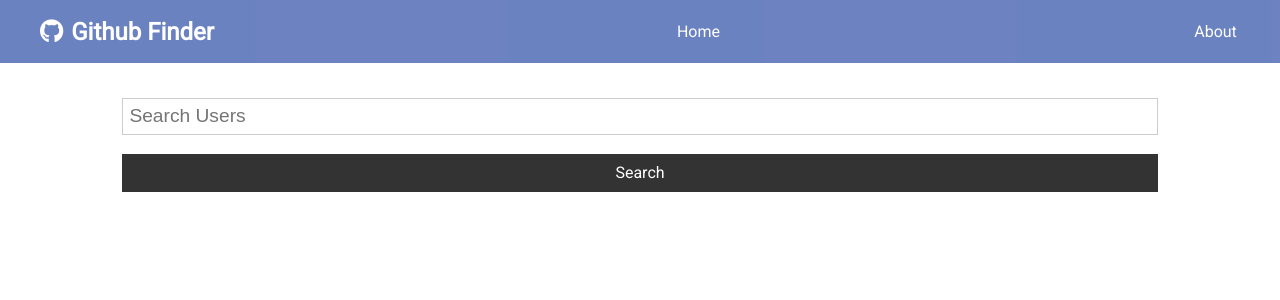
Repository: nuvallo/Github-Finder-Application
Page: / (app in app/)
These files come from the project's save history. The page is drawn as it stood at one moment and after a run of saves; the edit follows.
The browser window is 1280 px wide. The pictures show the whole page.
Some web libraries are served in a nearby version. The project was rebuilt for these pictures with package versions that can differ from the ones it lists, and the page was loaded fresh each time. Also part of the build but not shown: app/src/components/users/UserItem.js, app/src/components/layout/Spinner.js, app/src/components/layout/Alert.js, app/src/components/pages/About.js.

Above is the page before, as saved 2020-03-20 22:35:39.

### app/public/index.html
<!DOCTYPE html>
<html lang="en">
  <head>
    <meta charset="utf-8" />
    <link rel="icon" href="%PUBLIC_URL%/favicon.ico" />
    <meta name="viewport" content="width=device-width, initial-scale=1" />
    <meta name="theme-color" content="#000000" />
    <meta
      name="description"
      content="Web site created using create-react-app"
    />
    <link rel="apple-touch-icon" href="%PUBLIC_URL%/logo192.png" />

    <link rel="manifest" href="%PUBLIC_URL%/manifest.json" />
    <title>Github Finder</title>
  </head>
  <body>
    <script
      src="https://kit.fontawesome.com/4a895a1c52.js"
      crossorigin="anonymous"
    ></script>
    <noscript>You need to enable JavaScript to run this app.</noscript>
    <div id="root"></div>
  </body>
</html>

### app/src/App.js
import React, { Component, Fragment } from "react";
import { BrowserRouter as Router, Switch, Route } from "react-router-dom";
import Navbar from "./components/layout/Navbar";
import Users from "./components/users/Users";
import Search from "./components/users/Search";
import Alert from "./components/layout/Alert";
import About from "./components/pages/About";
import axios from "axios";
import "./App.css";

class App extends Component {
  state = {
    users: [],
    loading: false,
    alert: null
  };

  // Search Users
  searchUsers = async text => {
    this.setState({ loading: true });
    const res = await axios.get(
      `https://api.github.com/search/users?q=${text}&client_id=${process.env.REACT_APP_GITHUB_CLIENT_ID}&client_secret=${process.env.REACT_APP_GITHUB_SECRET}`
    );
    console.log(res.data.items);
    this.setState({ users: res.data.items, loading: false });
  };

  // Clear users from state
  clearUsers = () => this.setState({ users: [], loading: false });

  // Alert
  setAlert = (message, type) => {
    this.setState({ alert: { message, type } });
    setTimeout(() => {
      this.setState({ alert: null });
    }, [5000]);
  };

  render() {
    const { users, loading } = this.state;
    return (
      <Router>
        <div className="App">
          <Navbar />
          <div className="container">
            <Alert alert={this.state.alert} />
            <Switch>
              <Route
                exact
                path="/"
                render={props => (
                  <Fragment>
                    <Search
                      searchUsers={this.searchUsers}
                      clearUsers={this.clearUsers}
                      showClear={users.length > 0 ? true : false}
                      setAlert={this.setAlert}
                    />
                    <Users loading={loading} users={users} />
                  </Fragment>
                )}
              />
              <Route exact path="/about" component={About} />
            </Switch>
          </div>
        </div>
      </Router>
    );
  }
}

export default App;

### app/src/components/layout/Navbar.js
import React from "react";
import PropTypes from "prop-types";
import { Link } from "react-router-dom";

const Navbar = ({ icon, title }) => {
  return (
    <nav className="navbar bg-primary">
      <h1>
        <i className={icon} />
        {title}
      </h1>
      <Link to="/">Home</Link>
      <Link to="/about">About</Link>
    </nav>
  );
};

// Default props if none are passed
Navbar.defaultProps = {
  title: "Github Finder",
  icon: "fab fa-github p"
};

Navbar.propTypes = {
  title: PropTypes.string.isRequired,
  icon: PropTypes.string.isRequired
};

export default Navbar;

### app/src/components/users/Users.js
import React from "react";
import UserItem from "../users/UserItem";
import Spinner from "../layout/Spinner";
import PropTypes from "prop-types";

const Users = ({ users, loading }) => {
  if (loading) {
    return <Spinner />;
  } else {
    return (
      <div style={userStyle}>
        {users.map(user => {
          return <UserItem key={user.id} user={user} />;
        })}
      </div>
    );
  }
};

Users.propTypes = {
  users: PropTypes.array.isRequired,
  loading: PropTypes.bool.isRequired
};

const userStyle = {
  display: "grid",
  gridTemplateColumns: "repeat(3, 1fr)",
  gridGap: "1rem"
};

export default Users;

### app/src/components/users/Search.js
import React, { Component } from "react";
import PropTypes from "prop-types";

class Search extends Component {
  state = {
    text: ""
  };

  static propTypes = {
    searchUsers: PropTypes.func.isRequired,
    clearUsers: PropTypes.func.isRequired,
    showClear: PropTypes.bool.isRequired,
    setAlert: PropTypes.func.isRequired
  };

  onChange = e => this.setState({ text: e.target.value });
  onSubmit = e => {
    e.preventDefault();
    if (this.state.text === "") {
      this.props.setAlert("Please enter a username");
    } else {
      this.setState({ text: "" });
      this.props.searchUsers(this.state.text);
    }
  };

  render() {
    const { showClear, clearUsers } = this.props;
    return (
      <div>
        <form className="form">
          <input
            type="text"
            name="text"
            placeholder="Search Users"
            value={this.state.text}
            onChange={this.onChange}
          />
          <button
            type="submit"
            value="Search"
            className="btn btn-dark btn-block"
            onClick={this.onSubmit}
          >
            Search
          </button>
        </form>
        {showClear && (
          <button
            type="submit"
            value="Search"
            className="btn btn-light btn-block"
            onClick={clearUsers}
          >
            Clear
          </button>
        )}
      </div>
    );
  }
}

export default Search;

Loaded but not shown: app/src/index.js (common file); app/src/App.css (common file)

After the next 2 saves:
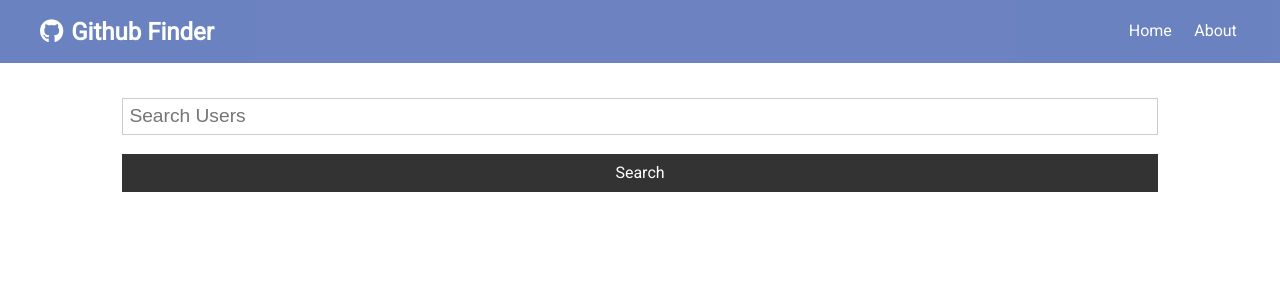
The 2 saves are shown as one change because they came seconds apart.
The last was saved 31 s later.
--- a/app/src/components/layout/Navbar.js
+++ b/app/src/components/layout/Navbar.js
@@ -9,8 +9,14 @@ const Navbar = ({ icon, title }) => {
         <i className={icon} />
         {title}
       </h1>
-      <Link to="/">Home</Link>
-      <Link to="/about">About</Link>
+      <ul>
+        <li>
+          <Link to="/">Home</Link>
+        </li>
+        <li>
+          <Link to="/about">About</Link>
+        </li>
+      </ul>
     </nav>
   );
 };
